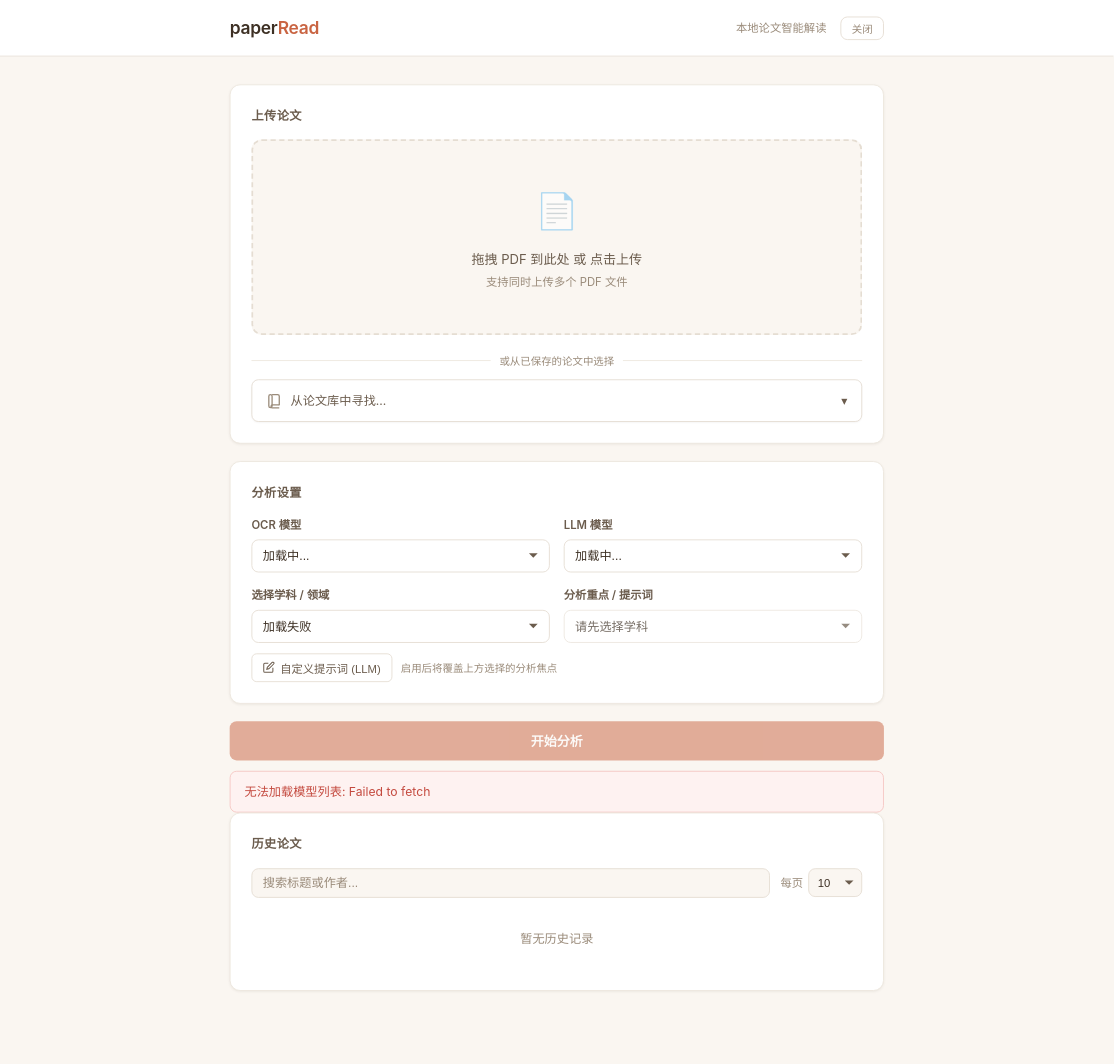
Repository: Skywarder0409/paperRead
Page: src/web/static/index.html
These files come from the project's save history. The page is drawn as it stood at one moment and after the next save; the edit follows.
The browser window is 1280 px wide. The pictures show the whole page, at 87% of full size.
The page's requests for data from a server got no answer.

Above is the page before, as saved 2026-02-06 17:01:49.

### src/web/static/index.html
<!DOCTYPE html>
<html lang="zh-CN">

<head>
    <meta charset="UTF-8">
    <meta name="viewport" content="width=device-width, initial-scale=1.0">
    <title>paperRead - 本地论文智能解读</title>
    <link rel="stylesheet" href="/static/style.css">
</head>

<body>
    <header class="header">
        <div class="header-inner">
            <div>
                <h1>paper<span>Read</span></h1>
            </div>
            <div class="header-right">
                <div class="header-subtitle">本地论文智能解读</div>
                <button class="btn-shutdown" id="btnShutdown" title="关闭服务器">关闭</button>
            </div>
        </div>
    </header>

    <main class="container">
        <!-- 上传区域 -->
        <div class="card">
            <div class="card-title">上传论文</div>
            <div class="upload-zone" id="uploadZone">
                <div class="upload-zone-icon">&#128196;</div>
                <div class="upload-zone-text">拖拽 PDF 到此处 或 点击上传</div>
                <div class="upload-zone-hint">支持同时上传多个 PDF 文件</div>
                <input type="file" id="fileInput" accept=".pdf" multiple>
            </div>
            <div class="file-list" id="fileList"></div>

            <div class="papers-divider">或从已保存的论文中选择</div>

            <!-- 已选论文卡槽 -->
            <div class="selected-chips" id="selectedChips"></div>

            <div class="papers-dropdown" id="papersDropdown">
                <div class="papers-dropdown-header" id="papersDropdownHeader">
                    <div class="papers-dropdown-header-main">
                        <svg class="icon" viewBox="0 0 24 24" fill="none" stroke="currentColor" stroke-width="2">
                            <path
                                d="M4 19.5v-15A2.5 2.5 0 0 1 6.5 2a2.5 2.5 0 0 1 2.5 2.5v15a2.5 2.5 0 0 1-2.5 2.5A2.5 2.5 0 0 1 4 19.5Z" />
                            <path d="M20 22.5h-10.5c-.5 0-1-.2-1.4-.6a2.5 2.5 0 0 1 0-3.4c.4-.4.9-.6 1.4-.6H20" />
                            <path d="M20 18.5v-14a2.5 2.5 0 0 0-2.5-2.5H9" />
                        </svg>
                        <span class="papers-dropdown-placeholder">从论文库中寻找...</span>
                    </div>
                    <span class="papers-dropdown-arrow">&#9662;</span>
                </div>
                <div class="papers-dropdown-content" id="papersDropdownContent">
                    <div class="papers-dropdown-search">
                        <svg class="search-icon" viewBox="0 0 24 24" fill="none" stroke="currentColor" stroke-width="2">
                            <circle cx="11" cy="11" r="8" />
                            <path d="m21 21-4.3-4.3" />
                        </svg>
                        <input type="text" id="libSearchInput" placeholder="请输入关键词搜索论文...">
                    </div>
                    <div class="papers-dropdown-actions">
                        <button type="button" id="libSelectAll" class="btn-text">全选</button>
                        <button type="button" id="libClearAll" class="btn-text">清除</button>
                    </div>
                    <div class="papers-dropdown-list" id="papersLibrary">
                        <div class="papers-library-status">正在连接论文库...</div>
                    </div>
                </div>
            </div>
        </div>

        <!-- 模型与模式选择 -->
        <div class="card">
            <div class="card-title">分析设置</div>
            <div class="form-row">
                <div class="form-group">
                    <label for="ocrModel">OCR 模型</label>
                    <select id="ocrModel">
                        <option value="">加载中...</option>
                    </select>
                </div>
                <div class="form-group">
                    <label for="llmModel">LLM 模型</label>
                    <select id="llmModel">
                        <option value="">加载中...</option>
                    </select>
                </div>
            </div>
            <div class="form-grid">
                <div class="form-group">
                    <label>选择学科 / 领域</label>
                    <select id="analysisSubject">
                        <option value="">正在加载库...</option>
                    </select>
                </div>
                <div class="form-group">
                    <label>分析重点 / 提示词</label>
                    <select id="analysisMode" disabled>
                        <option value="">请先选择学科</option>
                    </select>
                </div>
            </div>

            <div class="prompt-preview" id="promptPreview">
                <div class="prompt-preview-title">提示词预览</div>
                <div class="prompt-preview-content" id="promptPreviewContent"></div>
            </div>

            <div class="custom-prompt-trigger">
                <button type="button" id="btnShowCustomPrompt" class="btn-outline-sm">
                    <svg class="icon-sm" viewBox="0 0 24 24" fill="none" stroke="currentColor" stroke-width="2">
                        <path d="M11 4H4a2 2 0 0 0-2 2v14a2 2 0 0 0 2 2h14a2 2 0 0 0 2-2v-7" />
                        <path d="M18.5 2.5a2.121 2.121 0 0 1 3 3L12 15l-4 1 1-4 9.5-9.5z" />
                    </svg>
                    自定义提示词 (LLM)
                </button>
                <span class="text-hint">启用后将覆盖上方选择的分析焦点</span>
            </div>

            <div class="custom-prompt-area" id="customPromptArea">
                <textarea id="customPromptText"
                    placeholder="在此输入自定义核心指令，系统会自动注入论文内容。例如：&#10;请帮我提取这篇论文涉及的所有数学公式，并给出简要解释。"></textarea>
                <div class="custom-prompt-actions">
                    <label class="custom-save-switch">
                        <input type="checkbox" id="saveCustomPrompt">
                        <span class="save-label">保存到库 (学科: 自定义)</span>
                    </label>
                    <input type="text" id="customPromptName" placeholder="命名这个提示词..." class="input-sm">
                </div>
            </div>
        </div>

        <!-- 开始按钮 -->
        <button class="btn btn-primary" id="btnAnalyze" disabled>开始分析</button>
        <div class="error-msg" id="errorMsg"></div>

        <!-- 进度 -->
        <div class="card progress-section" id="progressSection">
            <div class="card-title">分析进度<span class="progress-file-info" id="progressFileInfo"></span></div>
            <div class="progress-header">
                <span class="progress-stage" id="progressStage">准备中...</span>
                <div class="progress-right">
                    <span class="progress-timer" id="progressTimer">00:00</span>
                    <span class="progress-percent" id="progressPercent">0%</span>
                </div>
            </div>
            <div class="progress-bar">
                <div class="progress-fill" id="progressFill"></div>
            </div>
            <div class="progress-detail" id="progressDetail"></div>
        </div>

        <!-- 结果 -->
        <div class="card result-section" id="resultSection">
            <div class="card-title">分析结果</div>
            <div class="result-tabs">
                <button class="result-tab active" data-tab="markdown">报告</button>
                <button class="result-tab" data-tab="json">JSON 数据</button>
            </div>
            <div class="result-content" id="resultMarkdown"></div>
            <div class="result-content result-json" id="resultJson"></div>
            <div class="download-bar" id="downloadBar">
                <button class="btn-download" id="btnDownloadMd">下载 Markdown 报告</button>
                <button class="btn-download btn-download-secondary" id="btnDownloadJson">下载 JSON 数据</button>
            </div>
        </div>

        <!-- 历史论文 -->
        <div class="card" id="historySection">
            <div class="card-title">历史论文</div>
            <div class="history-toolbar">
                <input type="text" class="history-search" id="historySearch" placeholder="搜索标题或作者...">
                <div class="history-page-size">
                    <label for="historyPageSize">每页</label>
                    <select id="historyPageSize">
                        <option value="10" selected>10</option>
                        <option value="50">50</option>
                        <option value="100">100</option>
                    </select>
                </div>
            </div>
            <div class="history-list" id="historyList">
                <div class="history-empty">暂无历史记录</div>
            </div>
            <div class="history-pagination" id="historyPagination"></div>
        </div>
    </main>

    <script src="/static/app.js?v=4"></script>
</body>

</html>

Loaded but not shown: src/web/static/app.js (1017 lines, source omitted); src/web/static/style.css (1244 lines, source omitted)

After the next save:
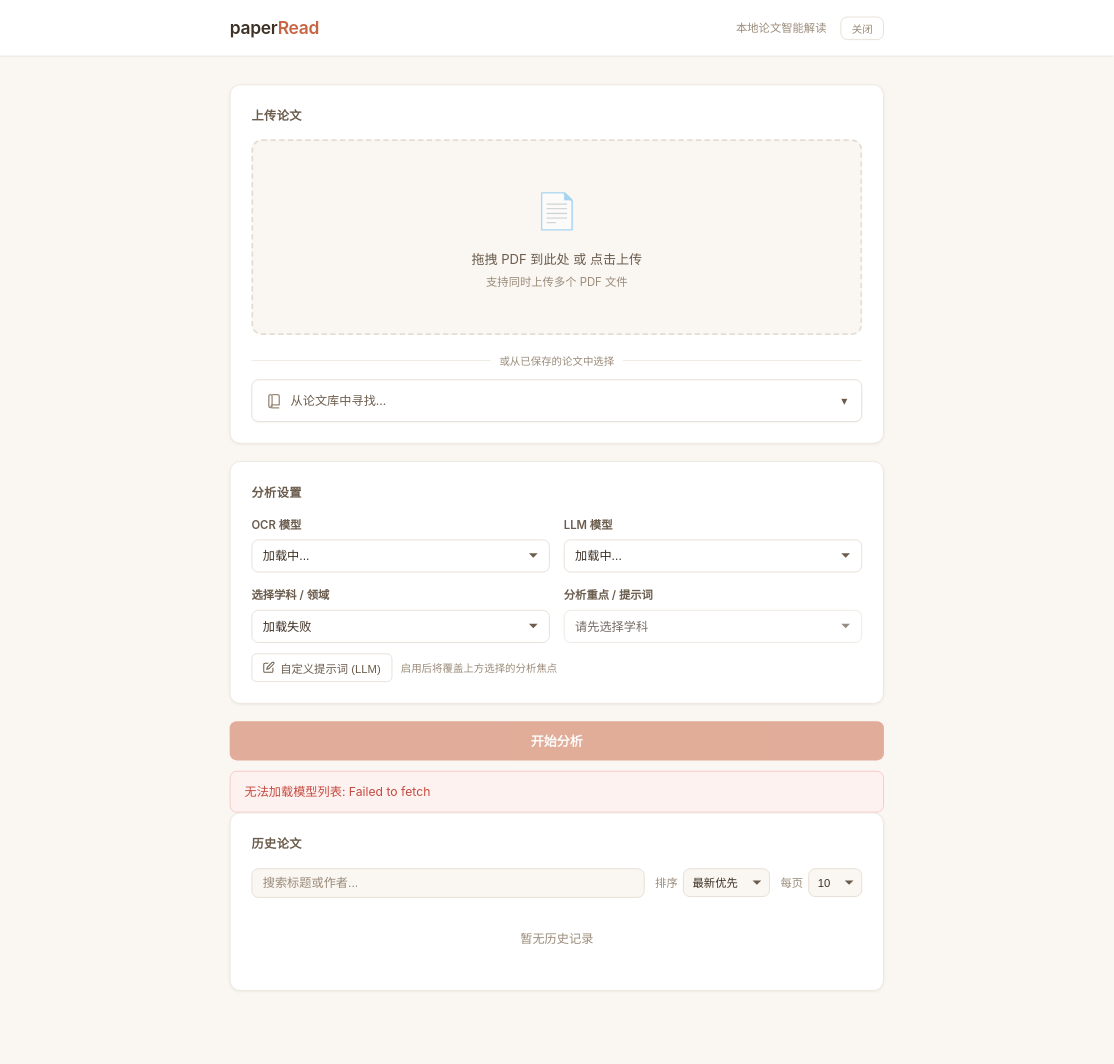
Saved 2 min 10 s later.
--- a/src/web/static/index.html
+++ b/src/web/static/index.html
@@ -172,7 +172,16 @@
             <div class="history-toolbar">
                 <input type="text" class="history-search" id="historySearch" placeholder="搜索标题或作者...">
                 <div class="history-page-size">
-                    <label for="historyPageSize">每页</label>
+                    <label>排序</label>
+                    <select id="historySort">
+                        <option value="time_desc" selected>最新优先</option>
+                        <option value="time_asc">最早优先</option>
+                        <option value="title_asc">标题 (A-Z)</option>
+                        <option value="title_desc">标题 (Z-A)</option>
+                    </select>
+                </div>
+                <div class="history-page-size">
+                    <label>每页</label>
                     <select id="historyPageSize">
                         <option value="10" selected>10</option>
                         <option value="50">50</option>
